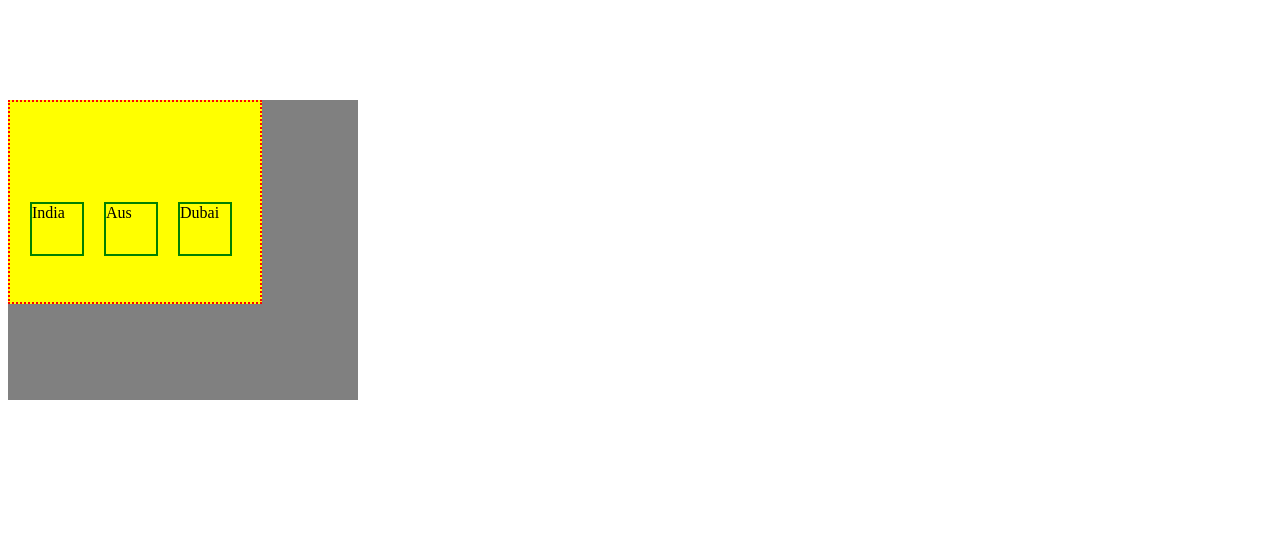
Repository: venkatesakki/JavaDeveloper
Page: css_examples/src/main/webapp/uderstandingBoxModel.html
The author's editor kept a copy of each file at every save. The page is drawn from the files as they stood at one save, then again after the next save.
The browser window is 1280 px wide. The pictures show the whole page.

Above is the page before, as saved 2022-06-27 07:19:50.

After the next save:
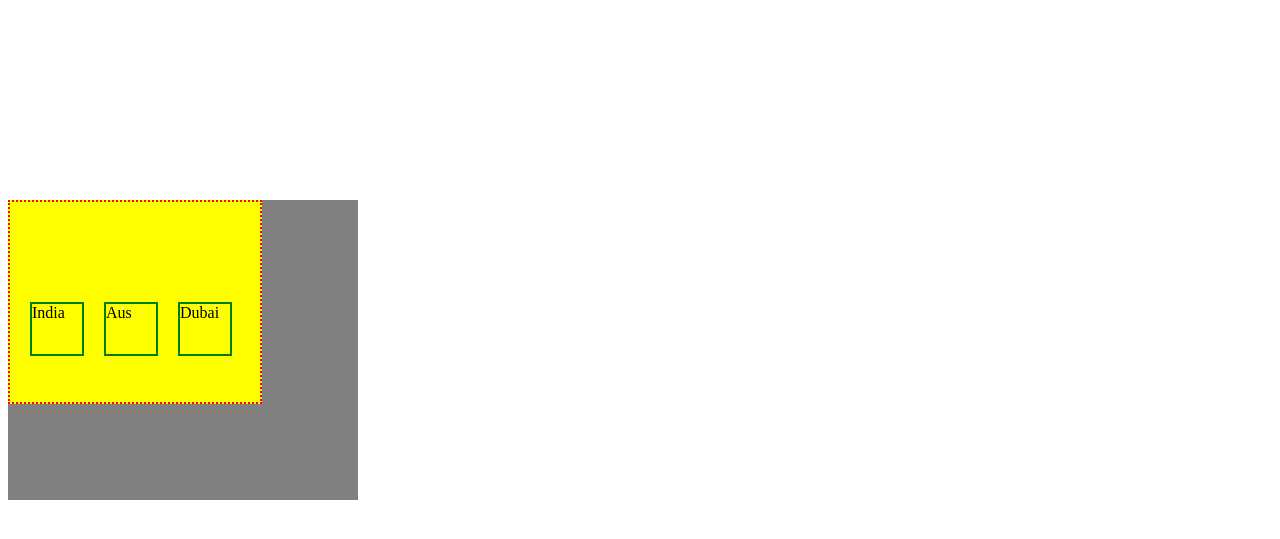
Saved 10 s later.
--- a/css_examples/src/main/webapp/styles/boxmodel.css
+++ b/css_examples/src/main/webapp/styles/boxmodel.css
@@ -2,7 +2,7 @@
 
 .outer{
 
-	margin-top:100px;
+	margin-top:200px;
 	width:350px;
 	height:300px;
 	border:1px solid megenta;
